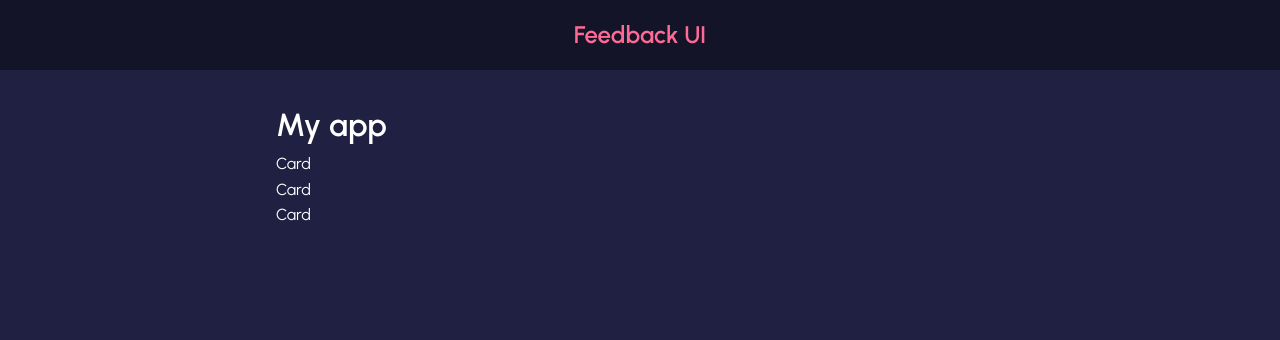
Repository: Vasil1001/feedback-project-react
Page: /
These files come from the project's save history. The page is drawn as it stood at one moment and after a run of saves; the edit follows.
The browser window is 1280 px wide. The pictures show the whole page.
The project was rebuilt for these pictures with package versions that can differ from the ones it lists, and the page was loaded fresh each time. Also part of the build but not shown: vite.config.js.

Above is the page before, as saved 2022-12-28 22:30:30.

### src/App.jsx
import { useState } from 'react'
import './App.css'
import FeedbackList from './components/FeedbackList'
import Header from './components/Header'
import FeedbackData from './data/FeedbackData'

function App() {
  const [feedback, setFeedback] = useState(FeedbackData)

  return (
    <div>
      <Header />
      <div className="container">
        <h1>My app</h1>
        <FeedbackList feedback={feedback}/>
      </div>
    </div>
  )
}

export default App

### src/App.css
@import url('https://fonts.googleapis.com/css2?family=Poppins:wght@400;600;700&display=swap');
@import url('https://fonts.googleapis.com/css2?family=DM+Sans:wght@400;700&family=Roboto+Condensed:wght@300;400;700&family=Urbanist:wght@100;300;400;600&display=swap');
* {
  box-sizing: border-box;
  margin: 0;
  padding: 0;
}

body {
  font-family: 'Urbanist', sans-serif;
  background-color: #202142;
  color: #fff;
  line-height: 1.6;
}

ul {
  list-style: none;
}

.container {
  max-width: 768px;
  margin: auto;
  padding: 0 20px;
}

header {
  height: 70px;
  width: 100%;
  display: flex;
  justify-content: space-between;
  align-items: center;
  margin-bottom: 30px;
}

.card {
  background-color: #fff;
  color: #333;
  border-radius: 15px;
  padding: 40px 50px;
  margin: 20px 0;
  position: relative;
}

.card.reverse {
  background-color: rgba(0, 0, 0, 0.4);
  color: #fff;
}

.card h2 {
  font-size: 22px;
  font-weight: 600;
  text-align: center;
}

.rating {
  display: flex;
  align-items: center;
  justify-content: space-around;
  margin: 30px 0 40px;
}

.rating li,
.num-display {
  position: relative;
  background: #f4f4f4;
  width: 50px;
  height: 50px;
  padding: 10px;
  text-align: center;
  border-radius: 50%;
  font-size: 19px;
  border: 1px #eee solid;
  transition: 0.3s;
}

.rating li label {
  position: absolute;
  top: 50%;
  left: 50%;
  width: 50px;
  height: 50px;
  padding: 10px;
  border-radius: 50%;
  transform: translate(-50%, -50%);
  cursor: pointer;
}

.rating li:hover,
.num-display {
  background: #ff6a95;
  color: #fff;
}

[type='radio'] {
  opacity: 0;
}

[type='radio']:checked ~ label {
  background: #ff6a95;
  color: #fff;
}

.input-group {
  display: flex;
  flex-direction: row;
  border: 1px solid #ccc;
  padding: 8px 10px;
  border-radius: 8px;
}

input {
  flex-grow: 2;
  border: none;
  font-size: 16px;
}

input:focus {
  outline: none;
}

.feedback-stats {
  color: #fff;
  display: flex;
  justify-content: space-between;
  align-items: center;
}

.num-display {
  position: absolute;
  top: -10px;
  left: -10px;
}

.close,
.edit {
  position: absolute;
  top: 10px;
  right: 20px;
  cursor: pointer;
  background: none;
  border: none;
}

.edit {
  right: 40px;
}

.btn {
  color: #fff;
  border: 0;
  border-radius: 8px;
  color: #fff;
  width: 100px;
  height: 40px;
  cursor: pointer;
}

.btn-primary {
  background-color: #202142;
}

.btn-secondary {
  background: #ff6a95;
}

.btn:hover {
  transform: scale(0.98);
  opacity: 0.9;
}

.btn:disabled {
  background-color: #cccccc;
  color: #333;
  cursor: auto;
}

.btn:disabled:hover {
  transform: scale(1);
  opacity: 1;
}

.message {
  padding-top: 10px;
  text-align: center;
  color: rebeccapurple;
}

/* FIX: Remove position: absolute to keep about icon at the bottom of the
 * document */
.about-link {
  display: flex;
  justify-content: flex-end;
}

/* FIX: Remove position: absolute to keep about icon at the bottom of the
 * document */
.about-link a {
  color: #fff;
  cursor: pointer;
}

.about-link a:hover {
  color: #ff6a95;
}

.about h1 {
  margin-bottom: 20px;
}

.about p {
  margin: 10px 0;
}

@media (max-width: 600px) {
  .rating li {
    margin: 10px 3px;
  }

  .rating {
    display: flex;
    align-items: center;
    justify-content: center;
    flex-wrap: wrap;
    margin: 30px 0 40px;
  }

  .input-group input {
    width: 80%;
  }
}

### src/components/FeedbackList.jsx
import React from 'react'
import FeedbackItem from './FeedbackItem'

export default function FeedbackList({ feedback }) {
    return (
        <div className="feedback-list">
            {feedback.length > 0 ? feedback.map((item) => (
                <FeedbackItem key={item.id} item={item}/>
            ))
                : <p>No feedback yet</p>}
        </div>
    )
}

### src/components/Header.jsx
import React from 'react'

function Header({ text }) {
    return (
        <header style={{backgroundColor: 'rgba(0,0,0,0.4', color: '#ff6a95'}}>
            <div className="container">
                <h2>{text}</h2>
            </div>
        </header>
    )
}
Header.defaultProps = {
    text: 'Feedback UI',
}
export default Header

### src/components/FeedbackItem.jsx
import React, { useState } from 'react'
import Card from './shared/Card'

function FeedbackItem({item}) {
    return (

        <Card>
            <div className="num-display">{item.rating}</div>
            <div className="text-display">{item.text}</div>
        </Card>
    )
}

export default FeedbackItem

### src/components/shared/Card.jsx
import React from 'react'

function Card({ children}) {
  return (
    <div>
    Card
    </div>
  )
}

export default Card

Loaded but not shown: index.html (common file); src/main.jsx (common file); src/data/FeedbackData.jsx (common file)

After the next 4 saves:
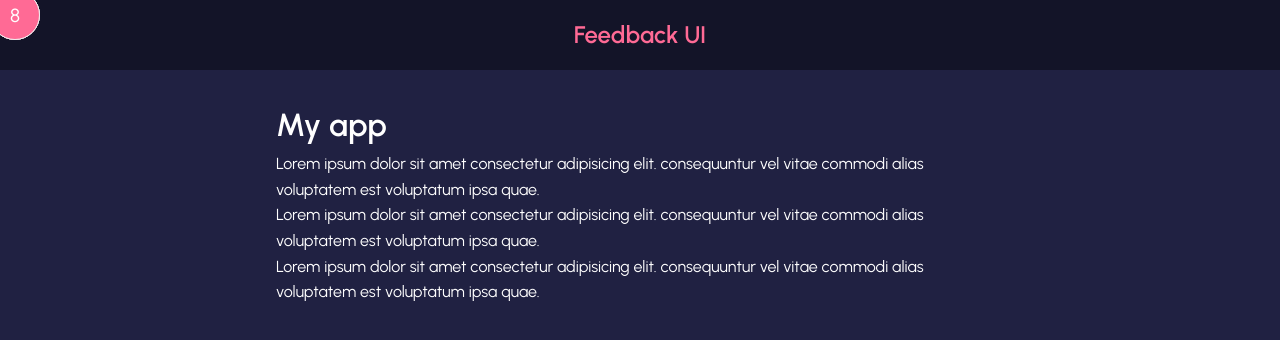
The 4 saves are shown as one change because they came seconds apart.
The last was saved 14 s later.
--- a/src/components/shared/Card.jsx
+++ b/src/components/shared/Card.jsx
@@ -1,11 +1,11 @@
 import React from 'react'
 
-function Card({ children}) {
-  return (
-    <div>
-    Card
-    </div>
-  )
+function Card({ children }) {
+    return (
+        <div>
+            {children}
+        </div>
+    )
 }
 
 export default Card
